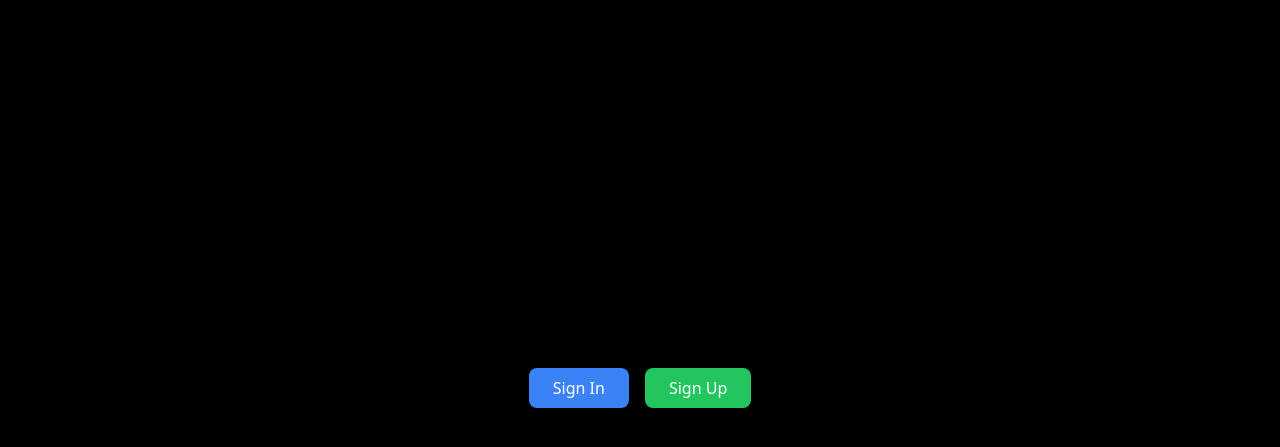
Repository: OmkarTidke8080/Assessment
Page: / (app in frontend/)
These files come from the project's save history. The page is drawn as it stood at one moment and after the next save; the edit follows.
The browser window is 1280 px wide. The pictures show the whole page.
The project was rebuilt for these pictures with package versions that can differ from the ones it lists, and the page was loaded fresh each time. Also part of the build but not shown: frontend/vite.config.js, frontend/src/components/SignUp.jsx, frontend/src/components/SignIn.jsx.

Above is the page before, as saved 2024-10-19 22:25:54.

After the next save:
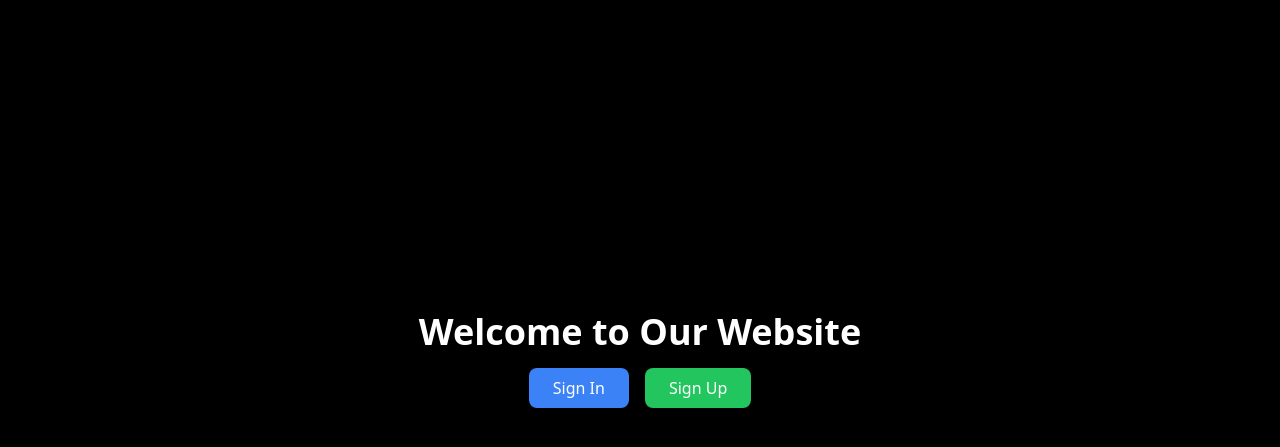
Saved 14 s later.
--- a/frontend/src/components/HomePage.jsx
+++ b/frontend/src/components/HomePage.jsx
@@ -7,7 +7,7 @@ function LandingPage() {
   return (
     <div className="flex justify-center items-center min-h-screen ">
       <div className="text-center">
-        <h1 className="text-4xl font-bold mb-4">Welcome to Our Website</h1>
+        <h1 className="text-4xl text-white font-bold mb-4">Welcome to Our Website</h1>
         <div className="flex items-center justify-center space-x-4">
           <button
             onClick={() => navigate("/sign-in")}
